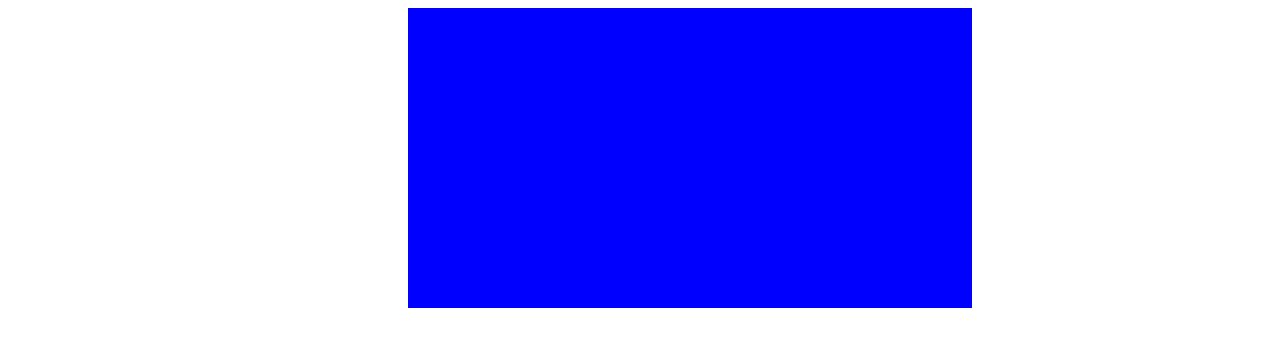
Repository: MMXiaohang/frontend-interview-coding
Page: 17.三栏布局.html
An editor plug-in stored every save of this project. The page is shown before and after the next save, followed by the edit.
The browser window is 1280 px wide. The pictures show the whole page.

Above is the page before, as saved 2022-03-31 20:41:39.

### 17.三栏布局.html
<!DOCTYPE html>
<html lang="en">
<head>
    <meta charset="UTF-8">
    <meta http-equiv="X-UA-Compatible" content="IE=edge">
    <meta name="viewport" content="width=device-width, initial-scale=1.0">
    <title>Document</title>
    <style>
        #container{
            /* display: flex;   */
            padding-left: 400px;
            padding-right: 300px;
            height: 300px;
            overflow: auto;
        }

        #container div{
            float: left;
            height: 100%;
        }

        #center{
            /* flex: 1 1 400px;   */
            width: 100%;
            background-color: blue;
        }

        #left{
            position: relative;
            width: 400px;
            /* left: -400px; */
            /* margin-left: -100%; */
            background-color: pink;
        }

        #right{
            width: 300px;
            margin-right: -300px;
            background-color: aqua;
        }
    </style>
</head>
<body>
    <div id="container">
        <div id="center"></div>
        <div id="left"></div>
        <!-- <div id="center"></div>  flex -->
        <div id="right"></div>
    </div>
</body>
</html>

After the next save:
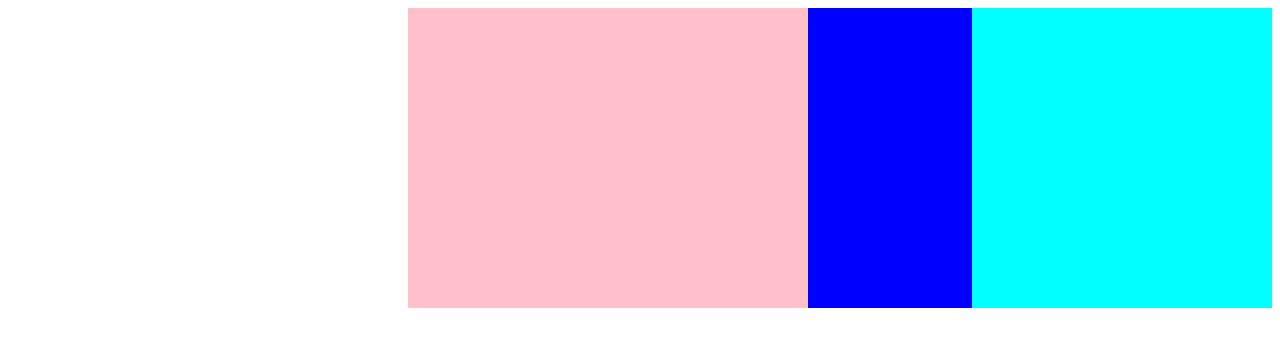
Saved 24 s later.
--- a/17.三栏布局.html
+++ b/17.三栏布局.html
@@ -26,10 +26,10 @@
         }
 
         #left{
-            position: relative;
+            /* position: relative; */
             width: 400px;
-            /* left: -400px; */
-            /* margin-left: -100%; */
+            left: -400px;
+            margin-left: -100%;
             background-color: pink;
         }
 
